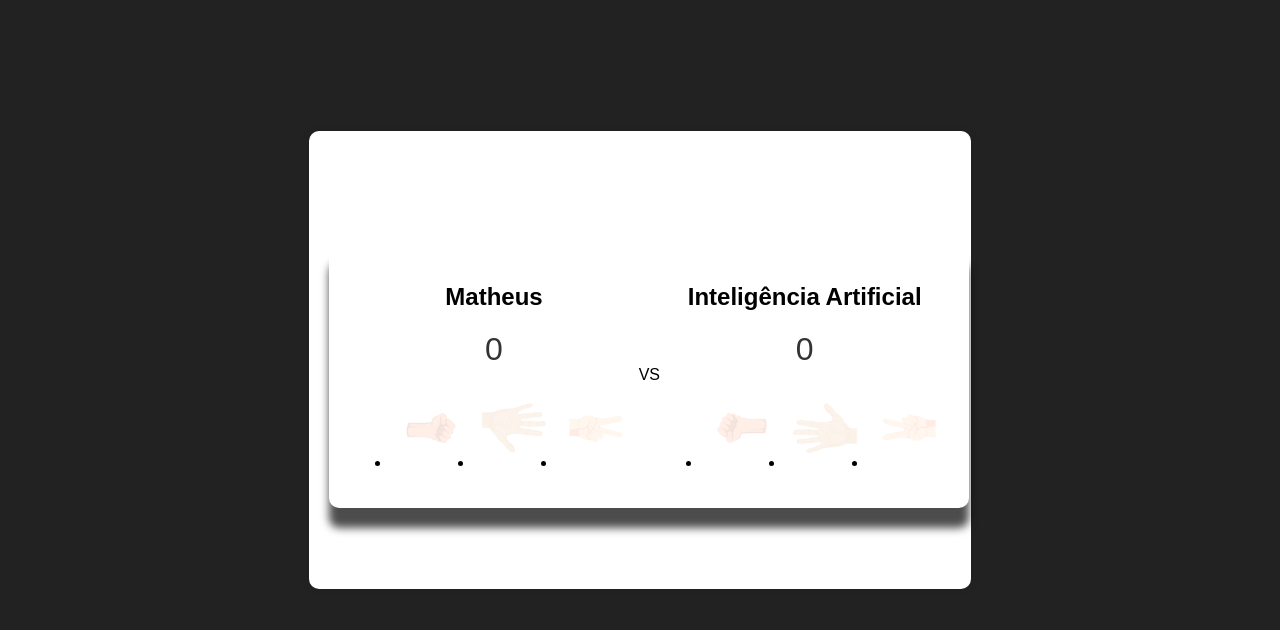
Repository: Matheus904-12/Pedra-Papel
Page: index.html
An editor plug-in stored every save of this project. The page is shown before and after the next save, followed by the edit.
The browser window is 1280 px wide. The pictures show the whole page.

Above is the page before, as saved 2023-08-28 22:17:27.

### index.html
<!DOCTYPE html>
<html lang="en">
<head>
    <meta charset="UTF-8">
    <meta name="viewport" content="width=device-width, initial-scale=1.0">
    <title>Pedra, Papel e Tesoura</title>
    <link rel="stylesheet" href="style.css">
    <script src="script.js"></script>
</head>
<body>
    <center>
    <div class="box">
        <div class="container">
            <h1 id="titulo">Pedra, Papel e Tesoura</h1>
            <div class="placar" id="placar">
                <div class="jogador">
                    <h2 id="jogadorNome">Matheus</h2>
                    <p id="jogadorPontos">0</p>
                    <ul class="escolhas" id="jogadorEscolha">
                        <li>
                            <a id="jogadorEscolha1" class="escolha" onclick="jogar(1)">
                                <img src="img/1-removebg-preview.png" alt="">
                            </a>
                        </li>
                        <li>
                            <a id="jogadorEscolha2" class="escolha" onclick="jogar(2)">
                                <img src="img/2-removebg-preview.png" alt="">
                            </a>
                        </li>
                        <li>
                            <a id="jogadorEscolha3" class="escolha" onclick="jogar(3)">
                                <img src="img/3-removebg-preview.png" alt="">
                            </a>
                        </li>
                    </ul>
                </div>
                <div id="versus">VS</div>
                <div class="computador">
                    <h2 id="computadorNome">Inteligência Artificial</h2>
                    <p id="computadorPontos">0</p>
                    <ul class="escolhas" id="computadorEscolha">
                        <li>
                            <a id="computadorEscolha1" class="escolha">
                                <img src="img2/1.png" alt="">
                            </a>
                        </li>
                        <li>
                            <a id="computadorEscolha2" class="escolha">
                                <img src="img2/2.png" alt="">
                            </a>
                        </li>
                        <li>
                            <a id="computadorEscolha3" class="escolha">
                                <img src="img2/3.png" alt="">
                            </a>
                        </li>
                    </ul>
                </div>
            </div>
            <div class="mensagem"><p id="mensagem"class="result-message">&nbsp;</p>
    </div>
</center>
</body>
</html>

### style.css
/* Estilos para as escolhas do jogador e do computador */
ul#jogadorEscolha li a,
ul#computadorEscolha li a {
    opacity: 0.2;
    transition: ease-in-out 0.3s;
}

ul#jogadorEscolha li a:hover,
ul#jogadorEscolha li a.selecionado,
ul#computadorEscolha li a.selecionado {
    opacity: 1;
}

/* Estilos gerais */
body {
    font-family: 'Arial', sans-serif;
    background-color: #222;
    margin: 0;
    padding: 0;
    transition: background-color 0.5s ease;
    display: flex;
    align-items: center;
    justify-content: center;
    min-height: 100vh;
}

/* Estilo do container principal */
.box {
    display: flex;
    flex-direction: column;
    align-items: center;
    justify-content: center;
    background-color: #fff;
    box-shadow: 0 0 10px rgba(0, 0, 0, 0.1);
    border-radius: 10px;
    padding: 20px;
    margin: 20px;
}

/* Estilo do título */
#titulo {
    font-size: 2.5rem;
    color: #fff;
    margin-bottom: 20px;
}

/* Estilo do placar */
.placar {
    display: flex;
    align-items: center;
    justify-content: space-between;
    padding: 20px;
    background-color: #fff;
    border-radius: 10px;
    box-shadow: 0 20px 8px rgba(0, 0, 0, 0.7);
    width: 100%;
    max-width: 600px;
    margin-top: 20px;
}

.jogador,
.computador {
    width: 50%;
}

.jogador p,
.computador p {
    font-size: 2rem;
    color: #333;
    margin: 0;
}

.escolhas {
    display: flex;
    justify-content: space-around;
    margin-top: 20px;
}

.escolhas img {
    max-width: 80px;
    cursor: pointer;
    transition: transform 0.3s ease;
}

.escolhas img:hover {
    transform: scale(1.1);
}

/* Estilo do resultado/mensagem */
.result-message {
    font-size: 1.2rem;
    margin-top: 20px;
    color: #fff;
}

.result-message.vitoria {
    color: #4CAF50;
}

.result-message.derrota {
    color: #FF5733;
}

.result-message.empate {
    color: #FFC300;
}

/* Estilo do botão reiniciar */
.reiniciar-jogo {
    background-color: #3498db;
    border: none;
    color: white;
    padding: 10px 20px;
    text-align: center;
    text-decoration: none;
    display: inline-block;
    font-size: 16px;
    border-radius: 5px;
    cursor: pointer;
    transition: background-color 0.3s ease;
    margin-top: 20px;
}

.reiniciar-jogo:hover {
    background-color: #2980b9;
}

/* Estilo do histórico */
.historico {
    text-align: center;
    margin-top: 20px;
}

.historico-toggle {
    background-color: #333;
    border: none;
    color: white;
    padding: 5px 10px;
    font-size: 14px;
    border-radius: 5px;
    cursor: pointer;
    transition: background-color 0.3s ease;
}

.historico-toggle:hover {
    background-color: #222;
}

.historico-list {
    list-style: none;
    padding: 0;
    display: none;
    text-align: left;
}

.historico-list li {
    font-size: 14px;
    margin-bottom: 5px;
    color: #fff;
}

### script.js
let jogadorEscolha = 0;
let jogadorPontos = 0;
let computadorEscolha = 0;
let computadorPontos = 0;
let ganhador = -1;
let historico = [];

function jogar(escolha){
    jogadorEscolha = escolha;
    computadorEscolha = Math.floor(Math.random() * 3) + 1;


/*PEDRA = 1
  PAPEL = 2
  TESOURA = 3
*/

if (jogadorEscolha == 1 && computadorEscolha == 1) {
    ganhador = 0;
    //*PEDRA = PEDRA*//
} else if (jogadorEscolha == 1 && computadorEscolha == 2) {
    ganhador = 2;
    //PEDRA E PAPEL = PAPEL//
} else if (jogadorEscolha == 1 && computadorEscolha == 3) {
    ganhador = 1;
    //PEDRA E TESOURA = PEDRA//
} else if (jogadorEscolha == 2 && computadorEscolha == 1) {
    ganhador = 1;
    //PAPEL E PEDRA = PEDRA
} else if (jogadorEscolha == 2 && computadorEscolha == 2) {
    ganhador =  0;
    //PAPEL E PAPEL = NADA
} else if (jogadorEscolha == 2 && computadorEscolha == 3) {
    ganhador = 2;
    //PAPEL E TESOURA = TESOURA
} else if (jogadorEscolha == 3 && computadorEscolha == 1) {
    ganhador = 2;
    //TESOURA E PEDRA = PEDRA
} else if (jogadorEscolha == 3 && computadorEscolha == 2) {
    ganhador = 1;
    //TESOURA E PAPEL = TESOURA
} else if (jogadorEscolha == 3 && computadorEscolha == 3) {
    ganhador = 0;
    //TESOURA E TESOURA = EMPATE
}


document.getElementById('jogadorEscolha1').classList.remove('selecionado');
document.getElementById('jogadorEscolha2').classList.remove('selecionado');
document.getElementById('jogadorEscolha3').classList.remove('selecionado');
document.getElementById('computadorEscolha1').classList.remove('selecionado');
document.getElementById('computadorEscolha2').classList.remove('selecionado');
document.getElementById('computadorEscolha3').classList.remove('selecionado');



document.getElementById('jogadorEscolha'+jogadorEscolha).classList.add('selecionado');
document.getElementById('computadorEscolha'+computadorEscolha).classList.add('selecionado');


/*
EMPATE = 0;
JOGADOR = 1;
COMPUTADOR = 2;
*/


// Atualizar placar
if (ganhador === 1) {
    jogadorPontos++;
} else if (ganhador === 2) {
    computadorPontos++;
}

document.getElementById('jogadorPontos').textContent = jogadorPontos;
document.getElementById('computadorPontos').textContent = computadorPontos;


// Mensagem do resultado
let mensagem = '';
if (ganhador === 1) {
    mensagem = 'Você venceu!';
} else if (ganhador === 2) {
    mensagem = 'Você perdeu!';
} else {
    mensagem = 'Empate!';
}

// Adicionar ao histórico
historico.push({
    jogador: jogadorEscolha,
    computador: computadorEscolha,
    resultado: ganhador
});

// Atualizar elementos na página
document.getElementById('jogadorPontos').textContent = jogadorPontos;
document.getElementById('computadorPontos').textContent = computadorPontos;
document.querySelector('.result-message').textContent = mensagem;
document.querySelector('.result-message').className = `result-message ${ganhadorClass}`;

// Exibir histórico
mostrarHistorico();

// Adicionar classe de estilo à mensagem
let mensagemElement = document.getElementById('mensagem');
mensagemElement.classList.remove('vitoria', 'derrota', 'empate');
if (ganhador === 1) {
    mensagemElement.classList.add('vitoria');
} else if (ganhador === 2) {
    mensagemElement.classList.add('derrota');
} else {
    mensagemElement.classList.add('empate');
}
}

function mostrarHistorico() {
let historicoList = document.getElementById('historico-list');
historicoList.innerHTML = '';

for (let i = 0; i < historico.length; i++) {
    let item = historico[i];
    let resultado = '';
    if (item.resultado === 1) {
        resultado = 'Vitória';
    } else if (item.resultado === 2) {
        resultado = 'Derrota';
    } else {
        resultado = 'Empate';
    }

    let listItem = document.createElement('li');
    listItem.textContent = `Jogador: ${item.jogador} | Computador: ${item.computador} | Resultado: ${resultado}`;
    historicoList.appendChild(listItem);
}


document.getElementById('historico-toggle').addEventListener('click', function() {
    const historicoList = document.querySelector('.historico-list');
    historicoList.style.display = historicoList.style.display === 'none' ? 'block' : 'none';
    this.textContent = historicoList.style.display === 'none' ? 'Ver Histórico' : 'Esconder Histórico';
});

// Mensagem do resultado
let mensagem = '';
if (ganhador === 1) {
    mensagem = 'Você venceu!';
} else if (ganhador === 2) {
    mensagem = 'Você perdeu!';
} else {
    mensagem = 'Empate!';
}

// Adicionar ao histórico
historico.push({
    jogador: jogadorEscolha,
    computador: computadorEscolha,
    resultado: ganhador
});


// Atualizar elementos na página
document.getElementById('jogadorPontos').textContent = jogadorPontos;
document.getElementById('computadorPontos').textContent = computadorPontos;
document.querySelector('.result-message').textContent = mensagem;
document.querySelector('.result-message').className = `result-message ${ganhadorClass}`;


 // Adicionar classe de estilo à mensagem
let mensagemElement = document.querySelector('.mensagem');
mensagemElement.classList.remove('vitoria', 'derrota', 'empate');
if (ganhador === 1) {
    mensagemElement.classList.add('vitoria');
} else if (ganhador === 2) {
    mensagemElement.classList.add('derrota');
} else {
    mensagemElement.classList.add('empate');
}

// Atualizar estilo da página com base no resultado
document.querySelector('.box').className = `box ${ganhadorClass}`;




// Atualizar cor de fundo com base no resultado
if (ganhador === 1) {
    document.body.style.backgroundColor = '#4CAF50'; // Verde
} else if (ganhador === 2) {
    document.body.style.backgroundColor = '#FF5733'; // Vermelho
} else {
    document.body.style.backgroundColor = '#FFC300'; // Amarelo
}


// Selecionar escolha do jogador
document.getElementById(`jogadorEscolha${jogadorEscolha}`).classList.add('selecionado');


// Atualizar escolhas do jogador
document.getElementById(`jogadorEscolha${jogadorEscolha}`).classList.add('selecionado');
document.getElementById(`computadorEscolha${computadorEscolha}`).classList.add('selecionado');

// Atualizar estilo da página com base no resultado
document.querySelector('.box').className = `box ${ganhadorClass}`;

// Função para reiniciar o jogo
function reiniciarJogo() {
    jogadorPontos = 0;
    computadorPontos = 0;
    historico = [];
    limparEscolhas();
    atualizarPlacar();
    limparMensagem();
    mostrarHistorico();
    resetarEstiloPagina();
}

// Limpar escolhas selecionadas
function limparEscolhas() {
    document.querySelectorAll('.escolha').forEach(element => {
        element.classList.remove('selecionado');
    });
}

// Atualizar placar
function atualizarPlacar() {
    document.getElementById('jogadorPontos').textContent = jogadorPontos;
    document.getElementById('computadorPontos').textContent = computadorPontos;
}

// Limpar mensagem do resultado
function limparMensagem() {
    document.querySelector('.result-message').textContent = '';
    document.querySelector('.mensagem').className = 'mensagem';
}

// Resetar estilo da página
function resetarEstiloPagina() {
    document.querySelector('.box').className = 'box';
}

// Botão de reiniciar o jogo
document.getElementById('reiniciar-jogo').addEventListener('click', function() {
    reiniciarJogo();
});


// Função para reiniciar o jogo
function reiniciarJogo() {
    jogadorPontos = 0;
    computadorPontos = 0;
    historico = [];
    limparEscolhas();
    atualizarPlacar();
    limparMensagem();
    mostrarHistorico();
    resetarEstiloPagina();
}

// Limpar escolhas selecionadas
function limparEscolhas() {
    document.querySelectorAll('.escolha').forEach(element => {
        element.classList.remove('selecionado');
    });
}

// Atualizar placar
function atualizarPlacar() {
    document.getElementById('jogadorPontos').textContent = jogadorPontos;
    document.getElementById('computadorPontos').textContent = computadorPontos;
}

// Limpar mensagem do resultado
function limparMensagem() {
    document.querySelector('.result-message').textContent = '';
    document.querySelector('.mensagem').className = 'mensagem';
}

// Resetar estilo da página
function resetarEstiloPagina() {
    document.querySelector('.box').className = 'box';
}

// Botão de reiniciar o jogo
document.getElementById('reiniciar-jogo').addEventListener('click', function() {
    reiniciarJogo();
});


}

After the next save:
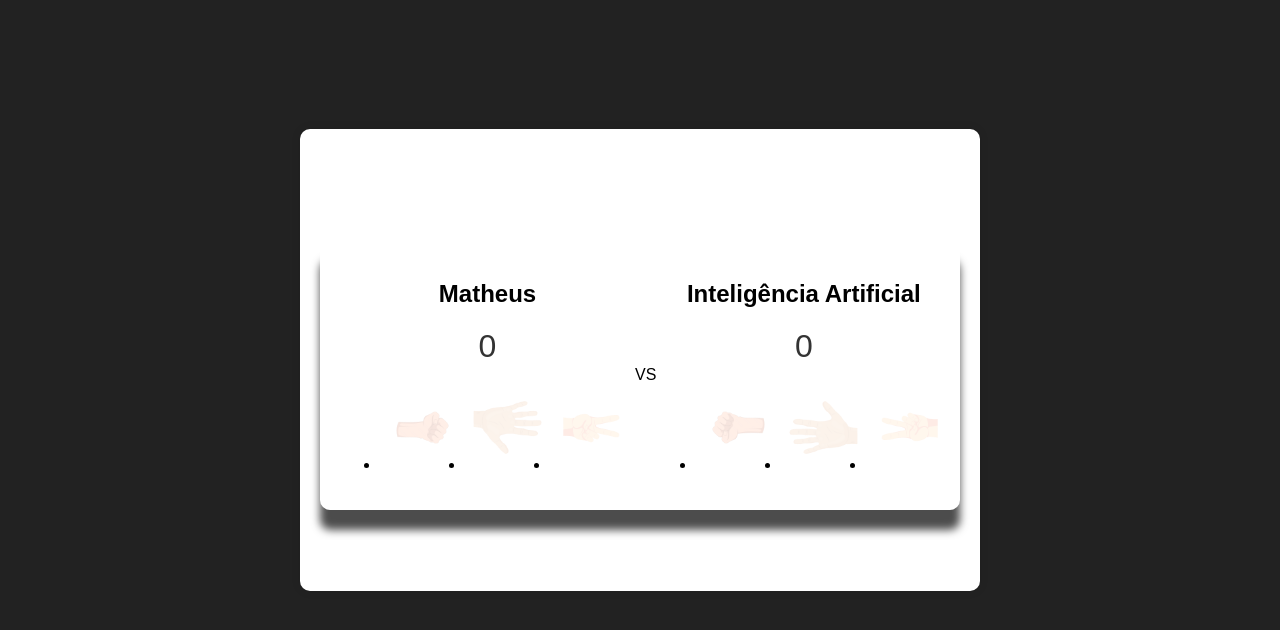
Saved 10 s later.
--- a/style.css
+++ b/style.css
@@ -77,7 +77,7 @@ body {
 }
 
 .escolhas img {
-    max-width: 80px;
+    max-width: 85px;
     cursor: pointer;
     transition: transform 0.3s ease;
 }
